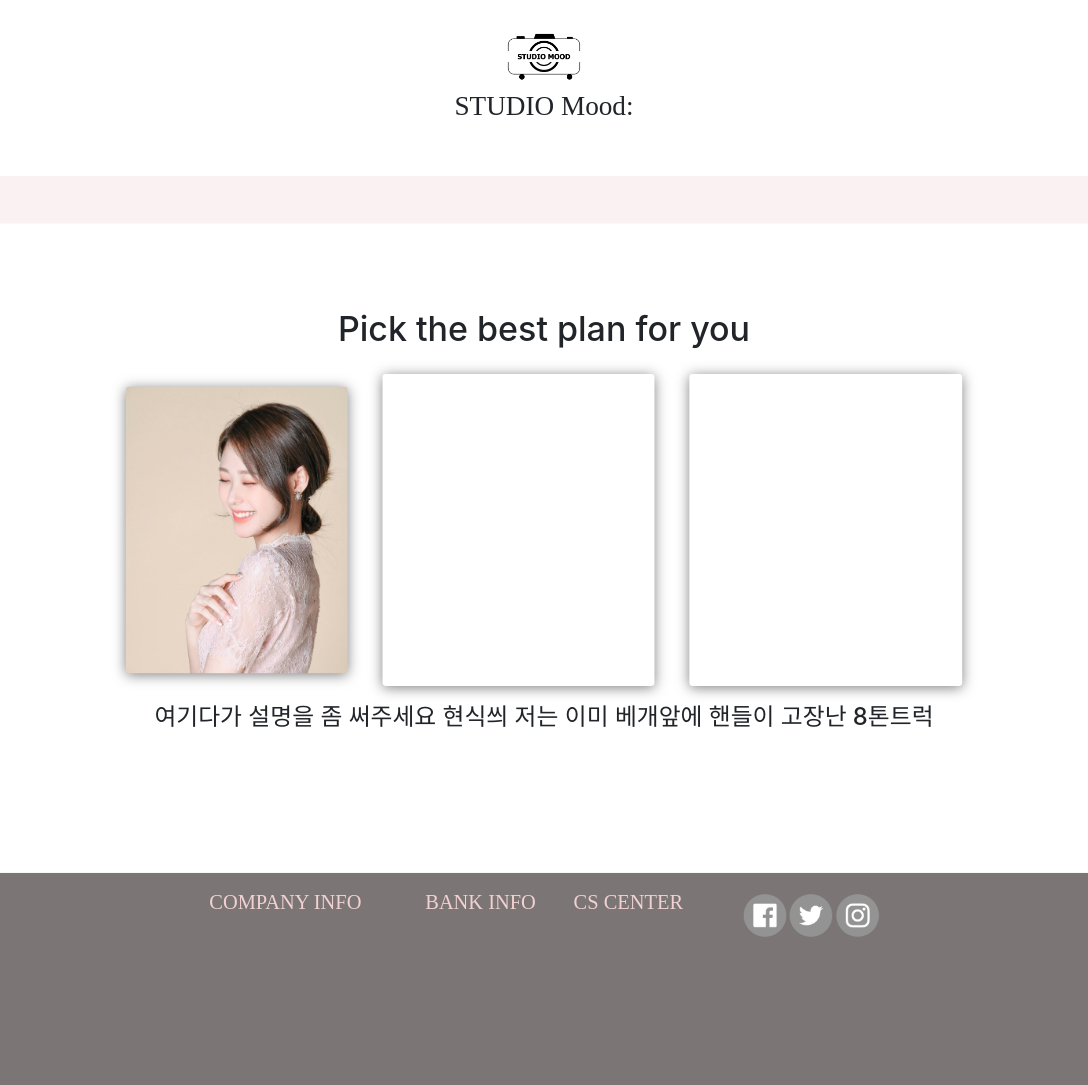
Repository: seugju/HSDsemi
Page: http://localhost/studioMood/views/product/product.jsp
These files come from the project's save history. The page is drawn as it stood at one moment and after the next save; the edit follows.
The browser window is 1280 px wide. The pictures show the whole page, at 85% of full size.
Some web fonts or font styles are not loaded; a fallback is used. The page is served by Tomcat 9.

Above is the page before, as saved 2020-12-02 16:03:29.

After the next save:
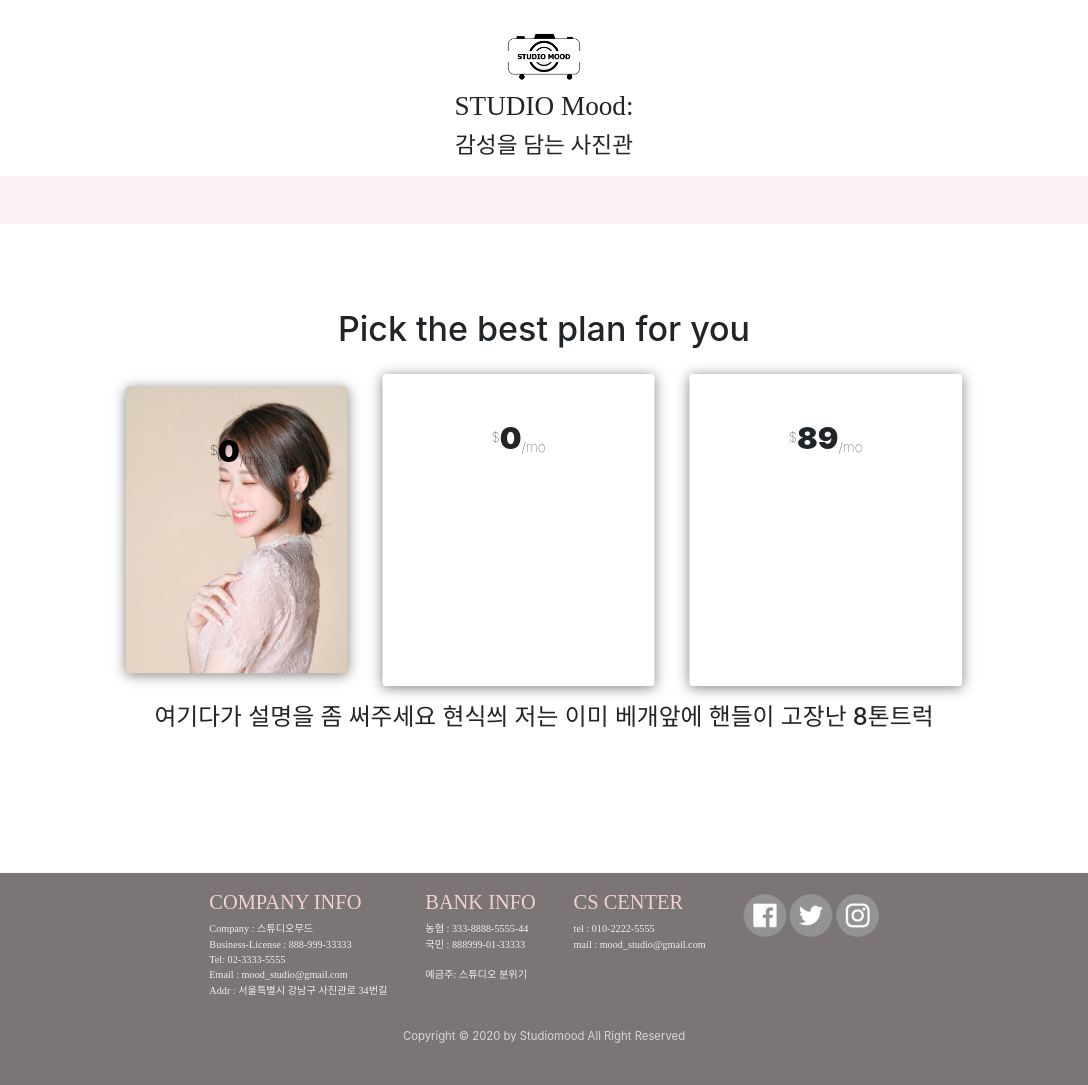
Saved 29 s later.
--- a/project-workspace/studioMood/WebContent/views/product/product.jsp
+++ b/project-workspace/studioMood/WebContent/views/product/product.jsp
@@ -152,7 +152,7 @@ background-image: url('/img/indivisual.jpg');
    background-position: center center;
 }
 
-#indiv:hover h5{
+#indiv:hover h5,p{
 	opacity:1;
 }
 .opacity-div{
